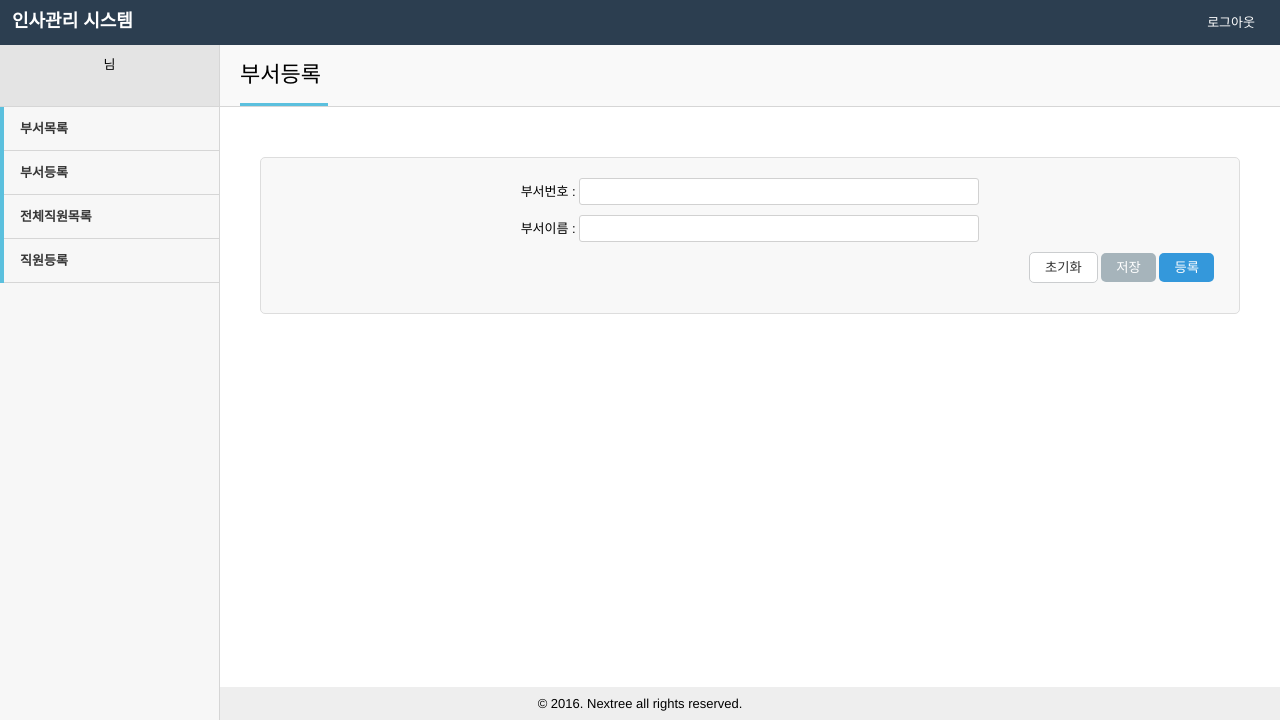
Repository: brotherdoor/shiba
Page: http://localhost/HumanResource_templete/views/deptCreate.jsp
These files come from the project's save history. The page is drawn as it stood at one moment and after the next save; the edit follows.
The browser window is 1280 px wide. The pictures show the whole page.
The page is served by Tomcat 9. The template is opened directly, without the code that normally fills it, so the values that code supplies are empty.

Above is the page before, as saved 2017-02-27 01:42:52.

After the next save:
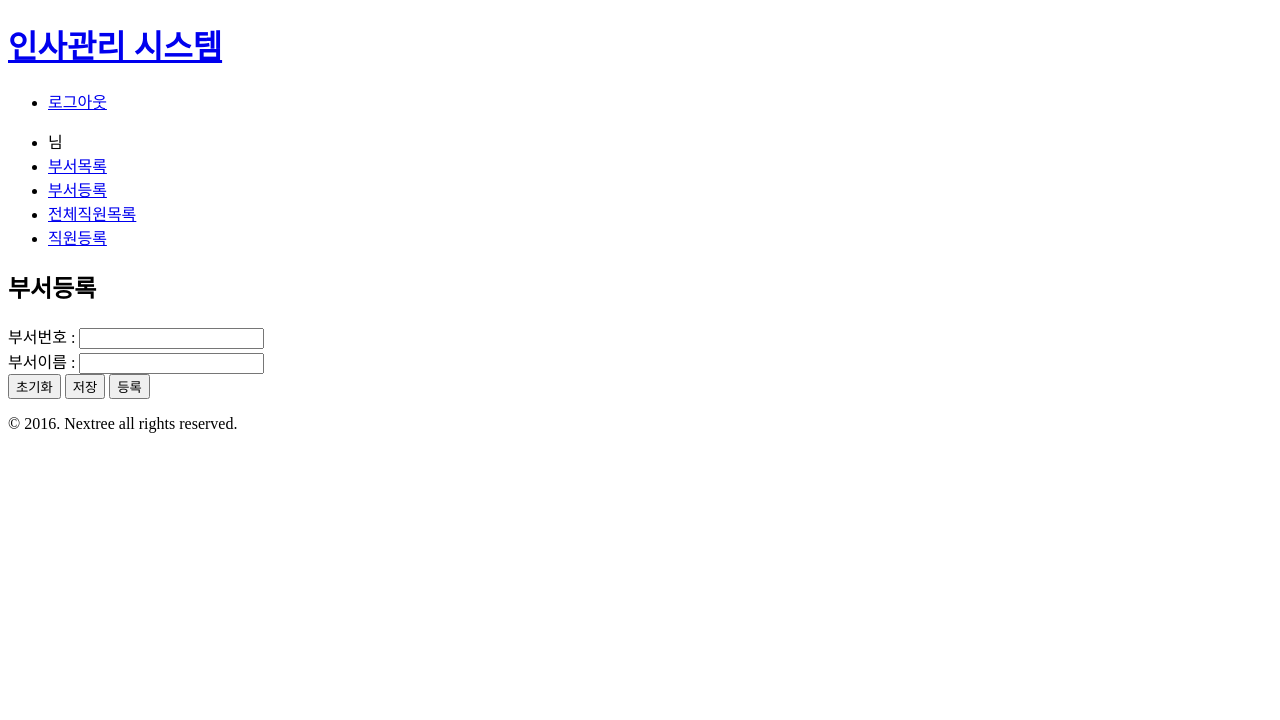
Saved 114 s later.
--- a/jsp/HumanResource_templete/WebContent/views/deptCreate.jsp
+++ b/jsp/HumanResource_templete/WebContent/views/deptCreate.jsp
@@ -2,6 +2,7 @@
     pageEncoding="UTF-8"%>
 <%@ taglib prefix="c" uri="http://java.sun.com/jsp/jstl/core" %>
 <!DOCTYPE html>
+<c:set var="ctx">${pageContext.request.contextPath }</c:set>
 <html>
 <head>
     <meta charset="UTF-8">
